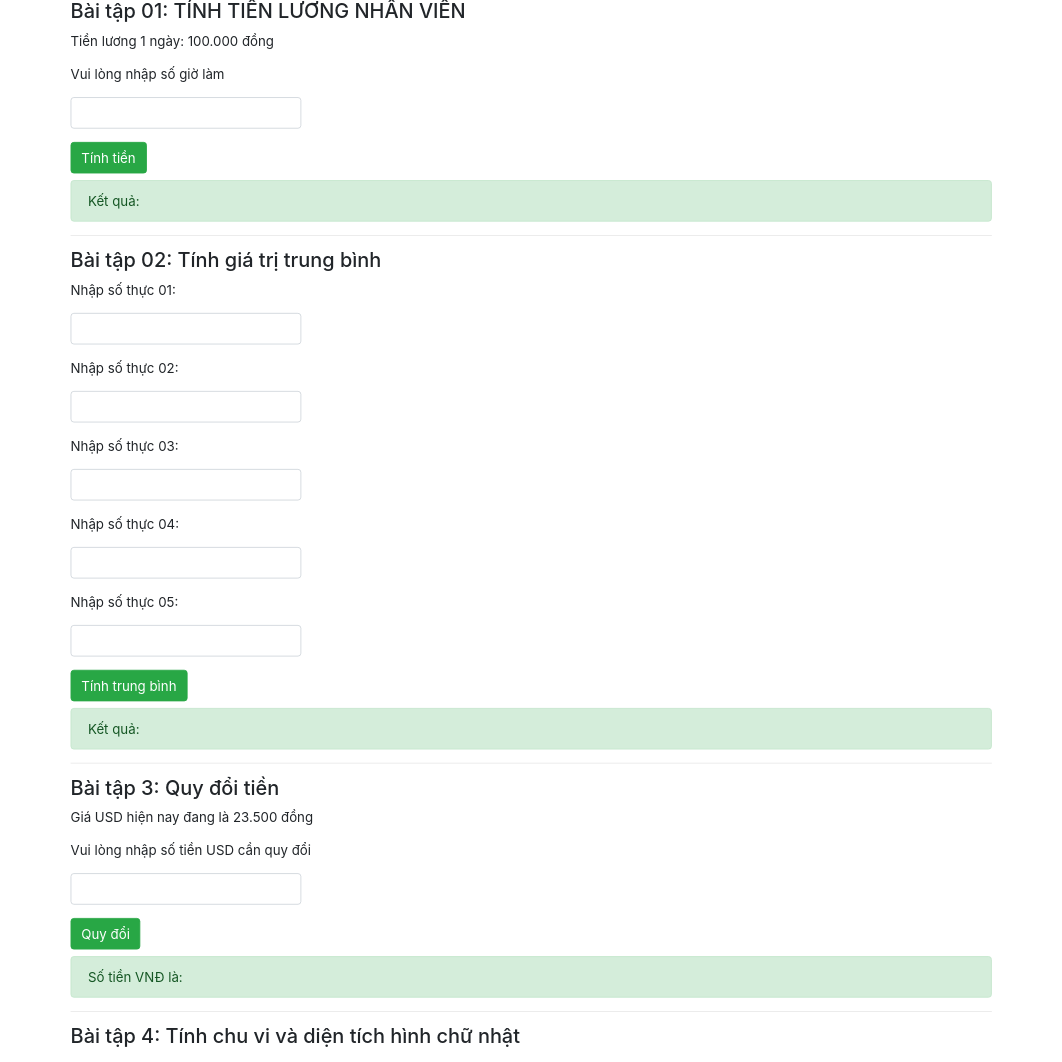
Repository: ducdatit2002/javascript-tinh-day13
Page: index.html
The author's editor kept a copy of each file at every save. The page is drawn from the files as they stood at one save, then again after the next save.
The browser window is 1280 px wide. The pictures show the whole page, at 83% of full size.

Above is the page before, as saved 2023-08-14 00:31:22.

### index.html
<!DOCTYPE html>
<html lang="en">
  <head>
    <title>Bài tập JS Buổi 13</title>
    <!-- Required meta tags -->
    <meta charset="utf-8" />
    <meta
      name="viewport"
      content="width=device-width, initial-scale=1, shrink-to-fit=no"
    />

    <!-- Bootstrap CSS -->
    <link
      rel="stylesheet"
      href="https://stackpath.bootstrapcdn.com/bootstrap/4.3.1/css/bootstrap.min.css"
      integrity="sha384-ggOyR0iXCbMQv3Xipma34MD+dH/1fQ784/j6cY/iJTQUOhcWr7x9JvoRxT2MZw1T"
      crossorigin="anonymous"
    />
  </head>
  <body>
    <div class="container">
      <!-- Bài 1: TÍNH TIỀN LƯƠNG NHÂN VIÊN -->
      <div class="form-group">
        <h4>Bài tập 01: TÍNH TIỀN LƯƠNG NHÂN VIÊN</h4>
        <div class="form-group">
          <p>Tiền lương 1 ngày: 100.000 đồng</p>
        </div>
        <div class="form-group">
          <p>Vui lòng nhập số giờ làm</p>
          <input id="soGioLam" class="form-control w-25" />
        </div>
        <button
          onclick="tinhTongLuong()"
          id="btnTinhTien"
          class="btn btn-success"
        >
          Tính tiền
        </button>
        <div class="mt-2 alert alert-success">
          Kết quả: <span id="tongLuong"></span>
        </div>
      </div>
      <hr />
      <!-- Bài 2: TÍNH GIÁ TRỊ TRUNG BÌNH -->
      <div class="form-group">
        <h4>Bài tập 02: Tính giá trị trung bình</h4>
        <div class="form-group">
          <p>Nhập số thực 01:</p>
          <input id="sothuc01" class="form-control w-25" />
        </div>
        <div class="form-group">
          <p>Nhập số thực 02:</p>
          <input id="sothuc02" class="form-control w-25" />
        </div>
        <div class="form-group">
          <p>Nhập số thực 03:</p>
          <input id="sothuc03" class="form-control w-25" />
        </div>
        <div class="form-group">
          <p>Nhập số thực 04:</p>
          <input id="sothuc04" class="form-control w-25" />
        </div>
        <div class="form-group">
          <p>Nhập số thực 05:</p>
          <input id="sothuc05" class="form-control w-25" />
        </div>
        <button
          onclick="tinhTrungBinh()"
          id="btnTrungBinh"
          class="btn btn-success"
        >
          Tính trung bình
        </button>
        <div class="mt-2 alert alert-success">
          Kết quả: <span id="trungBinh"></span>
        </div>
      </div>
      <hr />
      <!-- Bài 3: QUY ĐỔI TIỀN -->
      <div class="form-group">
        <h4>Bài tập 3: Quy đổi tiền</h4>
        <div class="form-group">
          <p>Giá USD hiện nay đang là 23.500 đồng</p>
        </div>
        <div class="form-group">
          <p>Vui lòng nhập số tiền USD cần quy đổi</p>
          <input id="soUSD" class="form-control w-25" />
        </div>
        <button onclick="tinhUSD()" id="btnUSD" class="btn btn-success">
          Quy đổi
        </button>
        <div class="mt-2 alert alert-success">
          Số tiền VNĐ là: <span id="tongUSD"></span>
        </div>
      </div>
      <hr>
      <!-- BÀI 4: TÍNH CHU VI VÀ DIỆN TÍCH HÌNH CHỮ NHẬT -->
      <div class="form-group">
        <h4>Bài tập 4: Tính chu vi và diện tích hình chữ nhật</h4>
        <div class="form-group">

        </div>
      </div>
    </div>

    <!-- Optional JavaScript -->
    <!-- jQuery first, then Popper.js, then Bootstrap JS -->
    <script
      src="https://code.jquery.com/jquery-3.3.1.slim.min.js"
      integrity="sha384-q8i/X+965DzO0rT7abK41JStQIAqVgRVzpbzo5smXKp4YfRvH+8abtTE1Pi6jizo"
      crossorigin="anonymous"
    ></script>
    <script
      src="https://cdnjs.cloudflare.com/ajax/libs/popper.js/1.14.7/umd/popper.min.js"
      integrity="sha384-UO2eT0CpHqdSJQ6hJty5KVphtPhzWj9WO1clHTMGa3JDZwrnQq4sF86dIHNDz0W1"
      crossorigin="anonymous"
    ></script>
    <script
      src="https://stackpath.bootstrapcdn.com/bootstrap/4.3.1/js/bootstrap.min.js"
      integrity="sha384-JjSmVgyd0p3pXB1rRibZUAYoIIy6OrQ6VrjIEaFf/nJGzIxFDsf4x0xIM+B07jRM"
      crossorigin="anonymous"
    ></script>
    <script src="./index.js"></script>
  </body>
</html>

### index.js
// BÀI 1: TÍNH TIỀN LƯƠNG NHÂN VIÊN
function tinhTongLuong() {
  //input: tienluong1h, so gio lam:number
  var tienLuong = 100000;
  var soGioLam = document.getElementById("soGioLam").value;
  //Kiểm tra input
  // console.log(tienLuong);
  // console.log(soGioLam);

  let tongLuong = 0;

  //progress
  tongLuong = tienLuong * soGioLam;

  document.getElementById("tongLuong").innerHTML = tongLuong.toLocaleString();
}

// BÀI 2: TÍNH TRUNG BÌNH 5 SỐ THỰC
function tinhTrungBinh() {
  // Lấy giá trị của 5 số từ các phần tử input
  var sothuc01 = parseFloat(document.getElementById("sothuc01").value);
  var sothuc02 = parseFloat(document.getElementById("sothuc02").value);
  var sothuc03 = parseFloat(document.getElementById("sothuc03").value);
  var sothuc04 = parseFloat(document.getElementById("sothuc04").value);
  var sothuc05 = parseFloat(document.getElementById("sothuc05").value);

  // Tính giá trị trung bình
  var trungBinh = (sothuc01 + sothuc02 + sothuc03 + sothuc04 + sothuc05) / 5;

  // Hiển thị kết quả trung bình
  document.getElementById("trungBinh").innerHTML = trungBinh.toLocaleString();
}

// BÀI 3: QUY ĐỔI USD TO VNĐ
function tinhUSD() {
    //Lấy giá trị 1 USD, số USD
    var USD = 23500;
    var soUSD = document.getElementById("soUSD").value;
    let tongUSD = 0;

    // Tính tổng só USD
    tongUSD = USD * soUSD;

    //Hiển thị kết quả
      document.getElementById("tongUSD").innerHTML = tongUSD.toLocaleString();
}

After the next save:
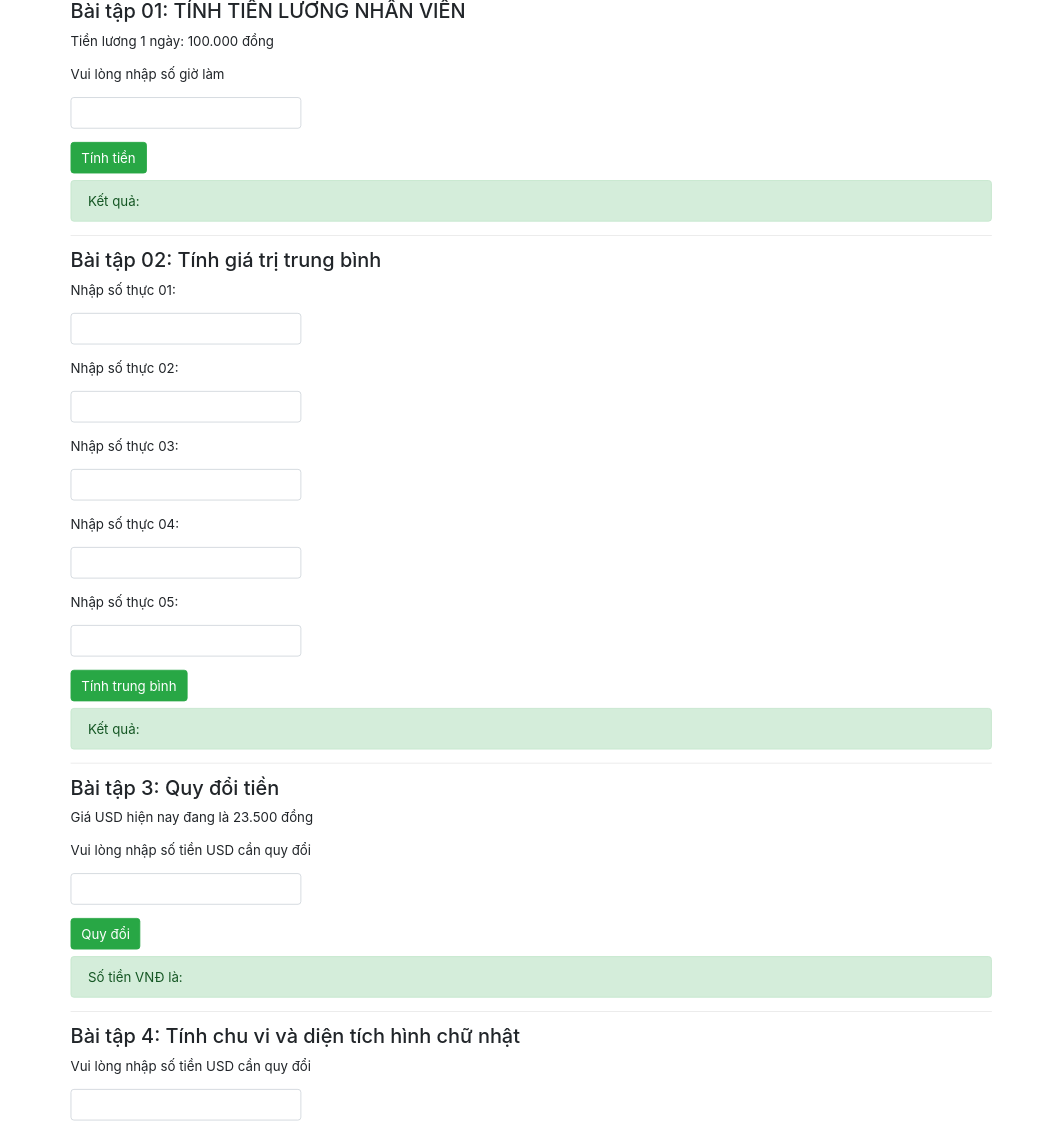
Saved 9 s later.
--- a/index.html
+++ b/index.html
@@ -98,7 +98,10 @@
       <div class="form-group">
         <h4>Bài tập 4: Tính chu vi và diện tích hình chữ nhật</h4>
         <div class="form-group">
-
+          <div class="form-group">
+          <p>Vui lòng nhập số tiền USD cần quy đổi</p>
+          <input id="soUSD" class="form-control w-25" />
+        </div>
         </div>
       </div>
     </div>
